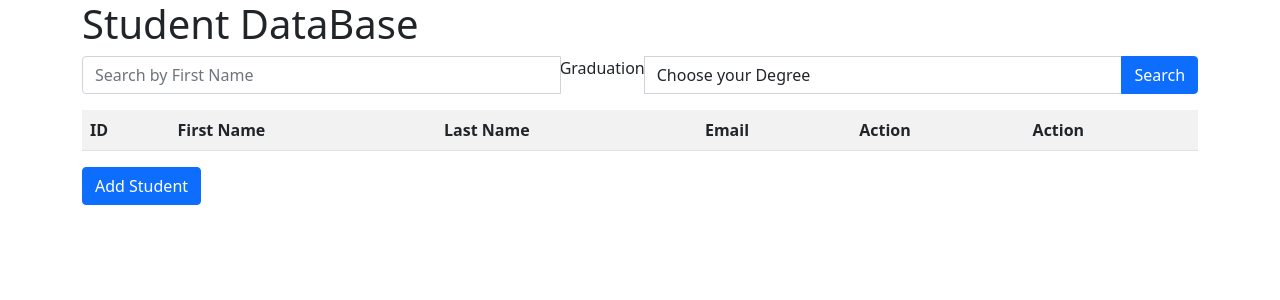
Repository: Siddhant1401/Aurionpro-J2EE
Page: http://localhost/08-STUDENT-MVC/student.jsp
These files come from the project's save history. The page is drawn as it stood at one moment and after the next save; the edit follows.
The browser window is 1280 px wide. The pictures show the whole page.
The page is served by Tomcat 9. Other server files are loaded and not shown. The template is opened directly, without the code that normally fills it, so the values that code supplies are empty.

Above is the page before, as saved 2023-10-18 06:47:01.

### 08-STUDENT-MVC/WebContent/student.jsp
<%@ page language="java" contentType="text/html; charset=ISO-8859-1"
	pageEncoding="ISO-8859-1"%>
<%@ taglib uri="http://java.sun.com/jsp/jstl/core" prefix="c"%>
<!DOCTYPE html PUBLIC "-//W3C//DTD HTML 4.01 Transitional//EN" "http://www.w3.org/TR/html4/loose.dtd">
<html>
<head>
<meta http-equiv="Content-Type" content="text/html; charset=ISO-8859-1">
<title>Insert title here</title>
<link
	href="https://cdn.jsdelivr.net/npm/bootstrap@5.0.2/dist/css/bootstrap.min.css"
	rel="stylesheet"
	integrity="sha384-EVSTQN3/azprG1Anm3QDgpJLIm9Nao0Yz1ztcQTwFspd3yD65VohhpuuCOmLASjC"
	crossorigin="anonymous">
<script
	src="https://cdn.jsdelivr.net/npm/bootstrap@5.0.2/dist/js/bootstrap.bundle.min.js"
	integrity="sha384-MrcW6ZMFYlzcLA8Nl+NtUVF0sA7MsXsP1UyJoMp4YLEuNSfAP+JcXn/tWtIaxVXM"
	crossorigin="anonymous"></script>
</head>

<body>
	<div class="container">
		<h1>Student DataBase</h1>
		<!-- --Seach Form -->
		<form action="StudentController" method="get">
			<div class="input-group mb-3">
				<input type="text" class="form-control"
					placeholder="Search by First Name" name="searchFirstName">

				<label for="selectGraduation">Graduation</label>
				<select class="form-control" name="graduation">
					<option value " ">Choose your Degree</option>
					<option value="B.E">B.E</option>
					<option value="B.S.C">B.S.C</option>
					<option value="B.Com">B.Com</option>
				</select>
					<button class="btn btn-primary" type="submit">Search</button>

			</div>
			<input type="hidden" name="action" value="search">


		</form>
		<table class="table table-striped table-hover">
			<tr>
				<th>ID</th>
				<th>First Name</th>
				<th>Last Name</th>
				<th>Email</th>
				<th>Action</th>
				<th>Action</th>
			</tr>
			<c:forEach var="Student" items="${allStud}">

				<c:url var="updateLink" value="StudentController">
					<c:param name="action" value="update" />
					<c:param name="id" value="${Student.id}" />
				</c:url>

				<c:url var="deleteLink" value="StudentController">
					<c:param name="action" value="delete" />
					<c:param name="id" value="${Student.id}" />
				</c:url>




				<tr>
					<td>${Student.id}</td>
					<td>${Student.firstName}</td>
					<td>${Student.lastName}</td>
					<td>${Student.email}</td>
					<td><a href="${updateLink}" class="btn btn-warning">Update</a></td>
					<td><a href="${deleteLink}" class="btn btn-danger">Delete</a></td>
				</tr>
			</c:forEach>


		</table>

		<a href="add-Student.jsp" class="btn btn-primary">Add Student</a>
	</div>


</body>

</html>

After the next save:
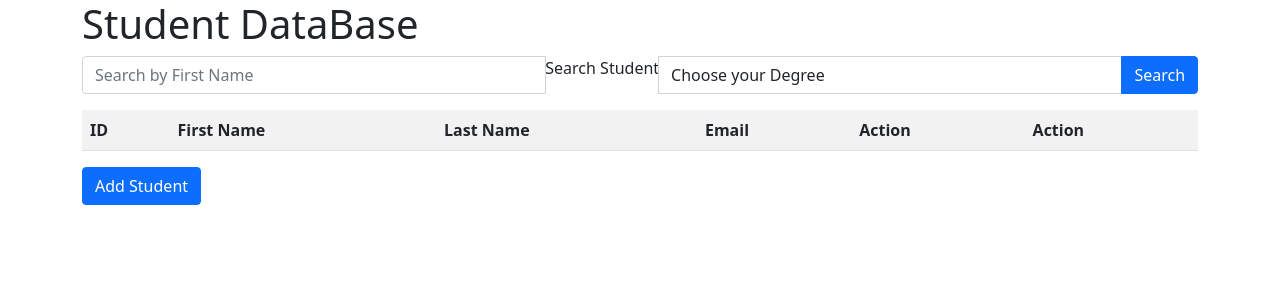
Saved 21 s later.
--- a/08-STUDENT-MVC/WebContent/student.jsp
+++ b/08-STUDENT-MVC/WebContent/student.jsp
@@ -26,8 +26,8 @@
 				<input type="text" class="form-control"
 					placeholder="Search by First Name" name="searchFirstName">
 
-				<label for="selectGraduation">Graduation</label>
-				<select class="form-control" name="graduation">
+				<label for="searchStudent">Search Student</label>
+				<select class="form-control" name="search">
 					<option value " ">Choose your Degree</option>
 					<option value="B.E">B.E</option>
 					<option value="B.S.C">B.S.C</option>
